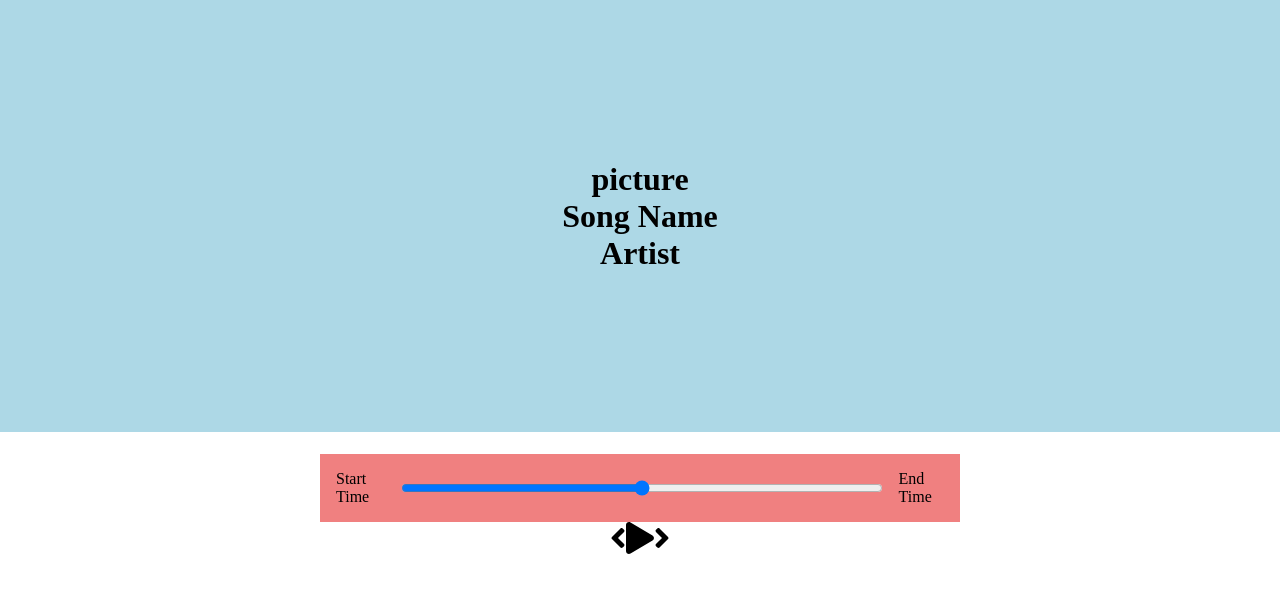
Repository: Elue-dev/music-app
Page: /
The author's editor kept a copy of each file at every save. The page is drawn from the files as they stood at one save, then again after the next save.
The browser window is 1280 px wide. The pictures show the whole page.
The project was rebuilt for these pictures with package versions that can differ from the ones it lists, and the page was loaded fresh each time.

Above is the page before, as saved 2020-11-08 23:59:52.

After the next save:
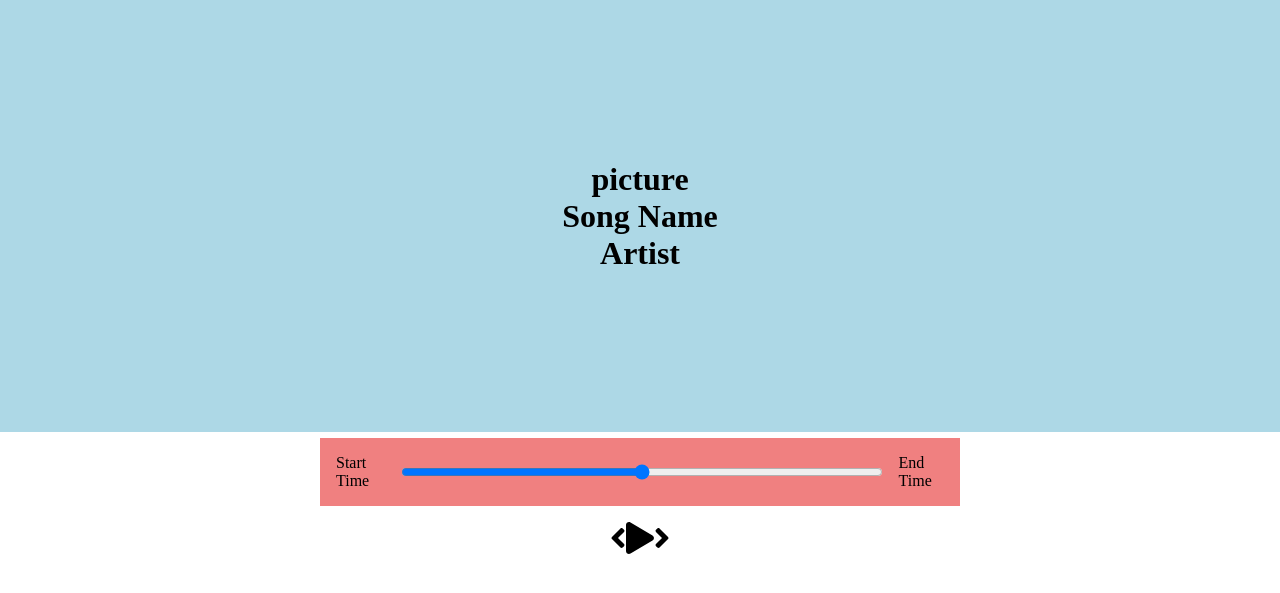
Saved 110 s later.
--- a/src/styles/_player.scss
+++ b/src/styles/_player.scss
@@ -17,4 +17,11 @@
     p{
         padding: 1rem;
     }
+
 }
+.play-control{
+    display: flex;
+    justify-content: space-between;
+    align-items: center;
+    padding: 1rem;
+}
